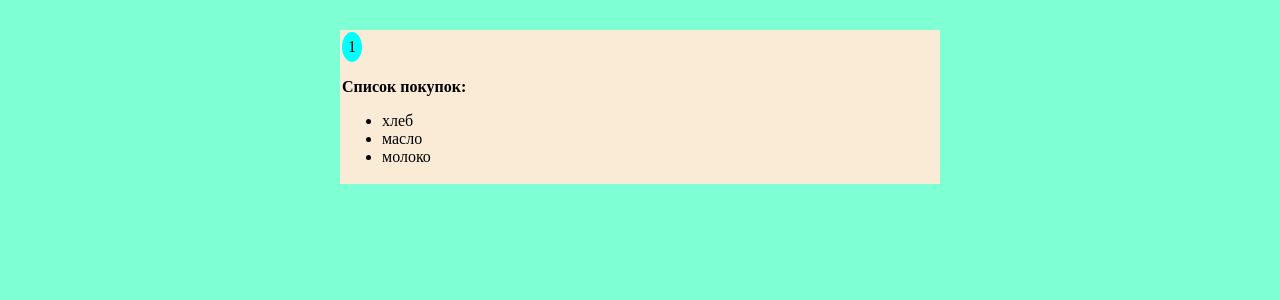
Repository: Savich01/-
Page: html/index.html
An editor plug-in stored every save of this project. The page is shown before and after the next save, followed by the edit.
The browser window is 1280 px wide. The pictures show the whole page.

Above is the page before, as saved 2024-05-31 14:16:41.

### html/index.html
<!DOCTYPE html>
<html lang="en">
<head>
    <meta charset="UTF-8">
    <meta name="viewport" content="width=device-width, initial-scale=1.0">
    <title>Document</title>
    <link rel="stylesheet" href="/css/style.css">
</head>
<body>

    <header class="header">
        <div class="container">
            <section class="section-1">
                <div class="block">1</div>
                <p class="text">
                    <b>Список покупок:</b>
                </p>
                <ul class="list">
                    <li>хлеб</li>
                    <li>масло</li>
                    <li>молоко</li>
                </ul>
            </section>
        </div>
    </header>
    <main class="main">

    </main>
    <footer class="footer">

    </footer>

</body>
</html>

### css/style.css
body{
    max-width: 600px;
    height: 100%;
    margin: 0 auto;
    background-color: aquamarine;
}

.container{
    background-color: antiquewhite;
    padding: 2px;
    margin-top: 30px;
}
/* ==========SECTION-1========================== */
.sectioN-1{
    padding: 20px;
}

.block{
    background-color:aqua;
    display: inline-block;
    padding: 6px;
    border-radius: 100%;
}

After the next save:
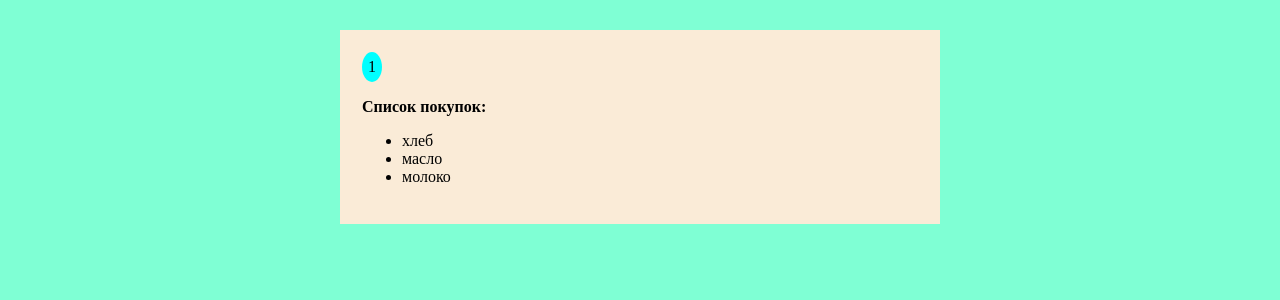
Saved 4 s later.
--- a/css/style.css
+++ b/css/style.css
@@ -11,7 +11,7 @@ body{
     margin-top: 30px;
 }
 /* ==========SECTION-1========================== */
-.sectioN-1{
+.section-1{
     padding: 20px;
 }
 
